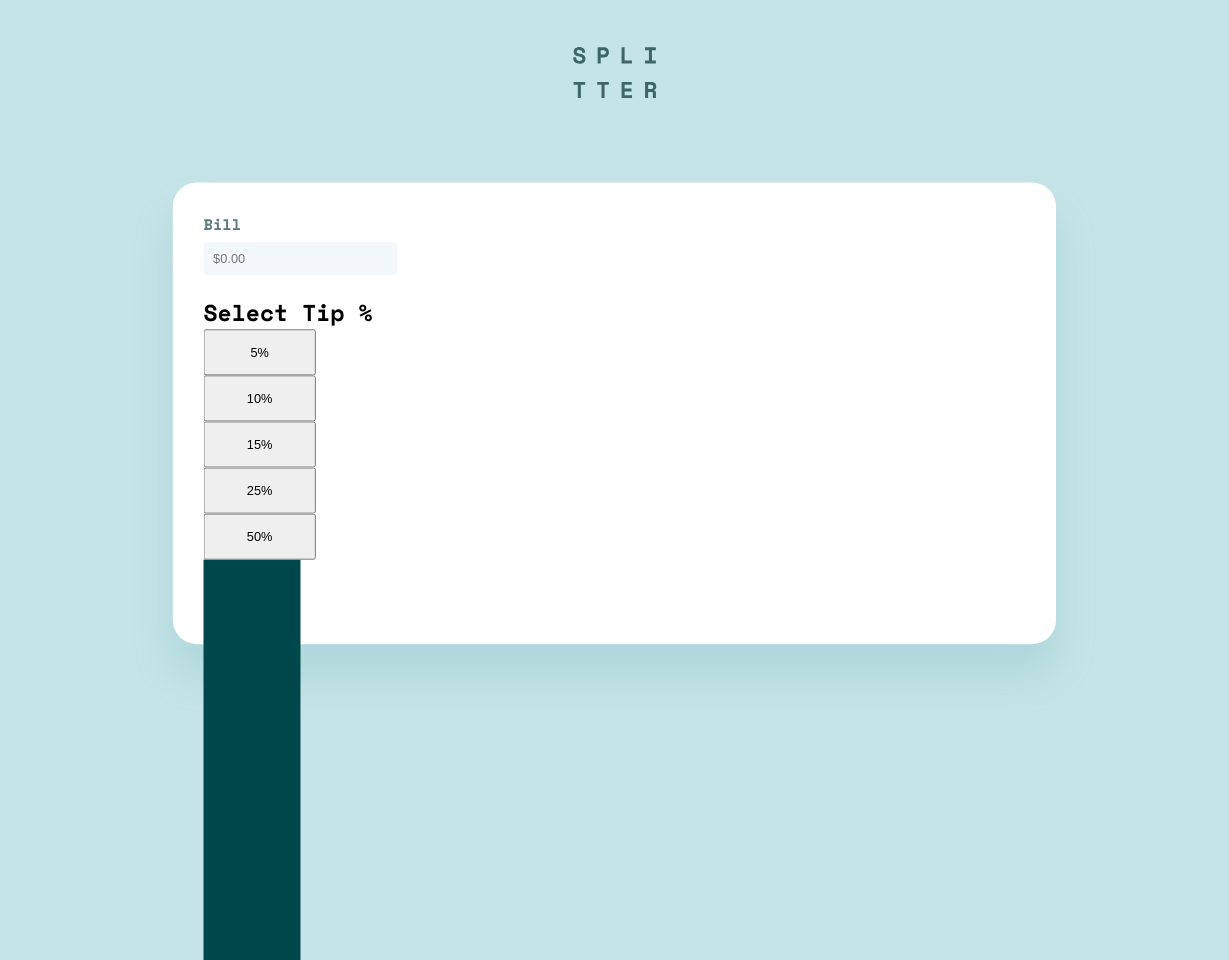
Repository: brandontaylor1/splitter
Page: index.html
The author's editor kept a copy of each file at every save. The page is drawn from the files as they stood at one save, then again after a run of saves.
The browser window is 1280 px wide. The pictures show the whole page, at 96% of full size.

Above is the page before, as saved 2025-02-05 21:49:22.

After the next 2 saves:
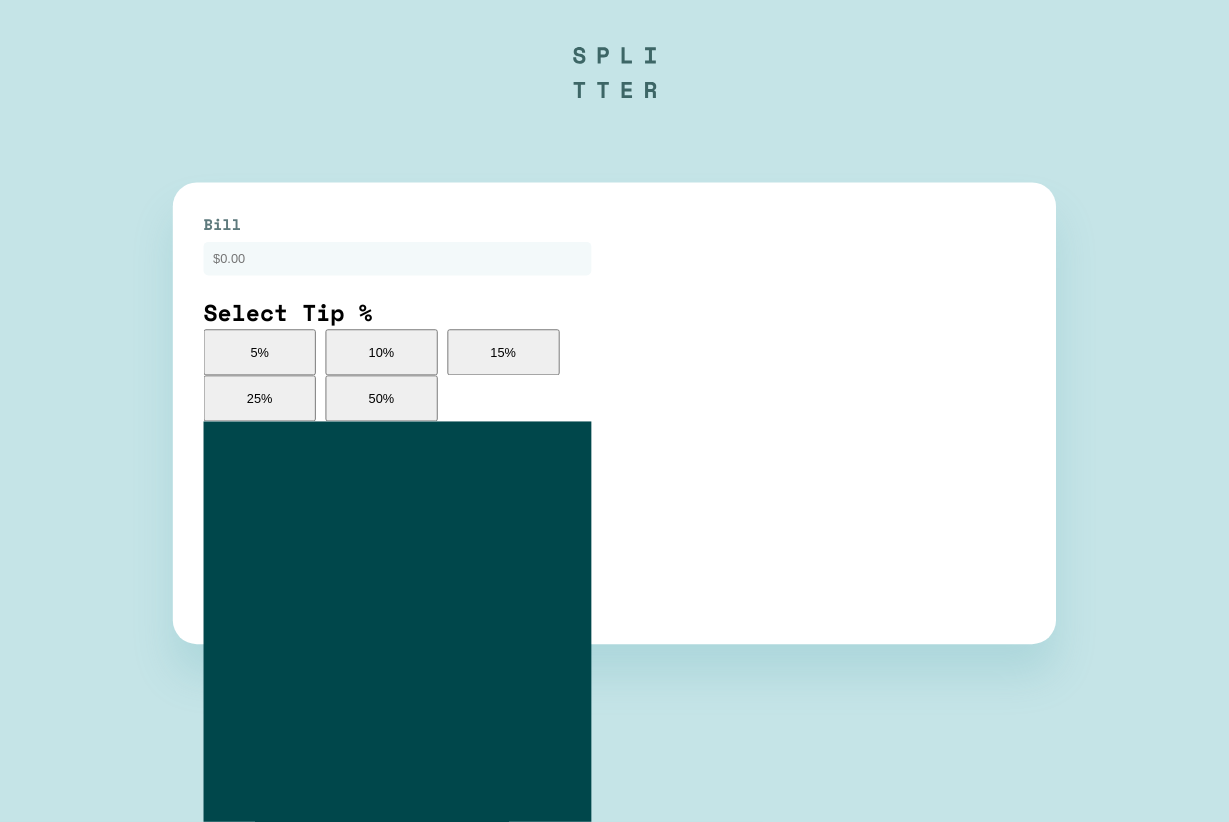
The 2 saves are shown as one change because they came seconds apart.
The last was saved 2 min 24 s later.
--- a/styles.css
+++ b/styles.css
@@ -71,12 +71,12 @@ body {
 }
 
 .left-column {
-    width: 50%;
+    width: 100%;
     height: 100%;
 }
 
 .right-column {
-    width: 50%;
+    width: 100%;
     height: 100%;
     background-color: var(--input-text-color);
 }
